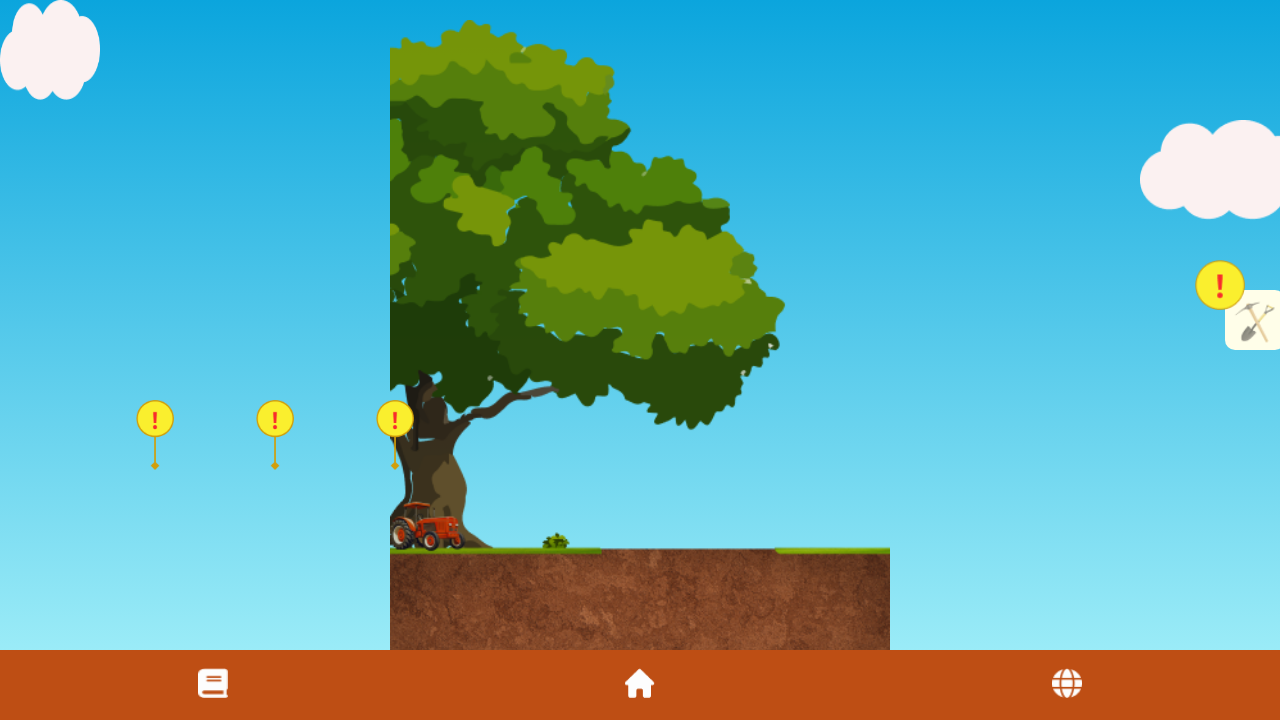
Repository: kobuchisouta/kome-app
Page: /
The author's editor kept a copy of each file at every save. The page is drawn from the files as they stood at one save, then again after the next save.
The browser window is 1280 px wide. The pictures show the whole page.
The project was rebuilt for these pictures with package versions that can differ from the ones it lists, and the page was loaded fresh each time. The framework's server and built-in components were replaced by stand-ins that run in the browser. Also part of the build but not shown: next.config.ts.

Above is the page before, as saved 2025-01-29 11:06:48.

After the next save:
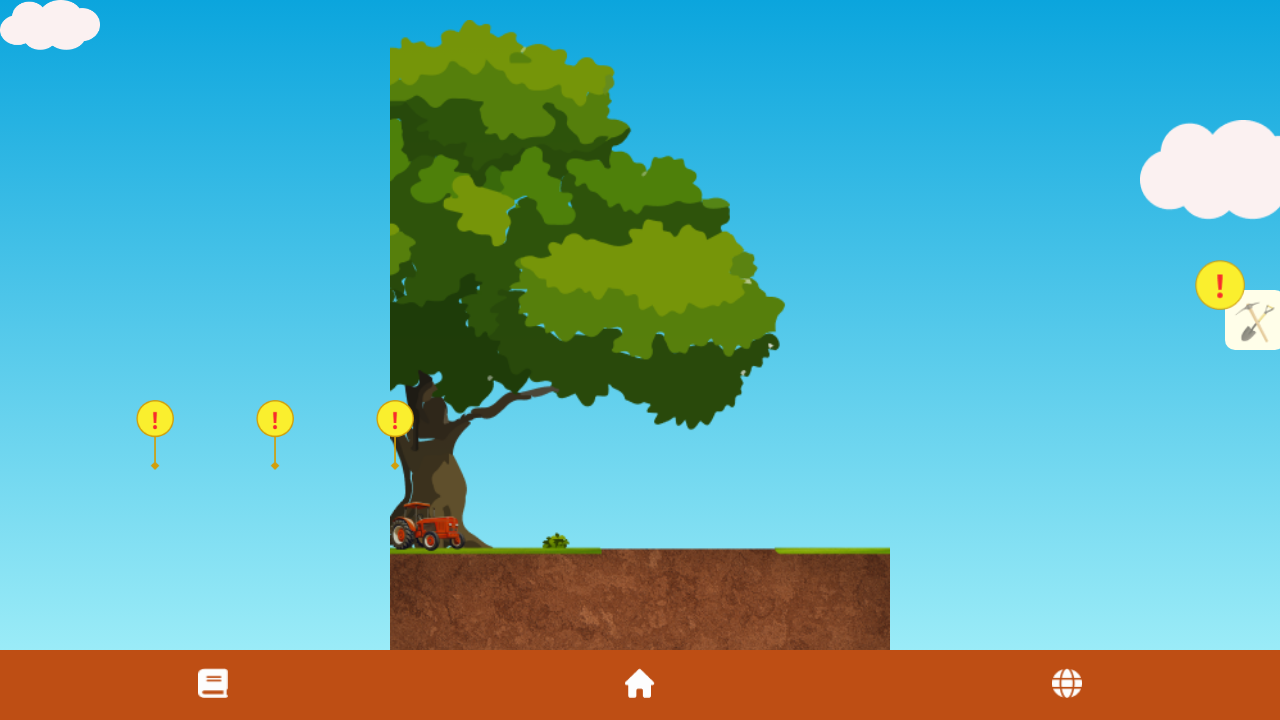
Saved 4 s later.
--- a/src/app/page.tsx
+++ b/src/app/page.tsx
@@ -23,7 +23,7 @@ export default function Home() {
         <div className={styles.contents}>
           <div className={styles.clouds}>
             <p className={styles.cloud1}>
-              <Image src="/cloud1.png" alt="雲" width={100} height={100} />
+              <Image src="/cloud1.png" alt="雲" width={100} height={50} />
             </p>
             <p className={styles.cloud2}>
               <Image src="/cloud2.png" alt="雲" width={170} height={100} />
